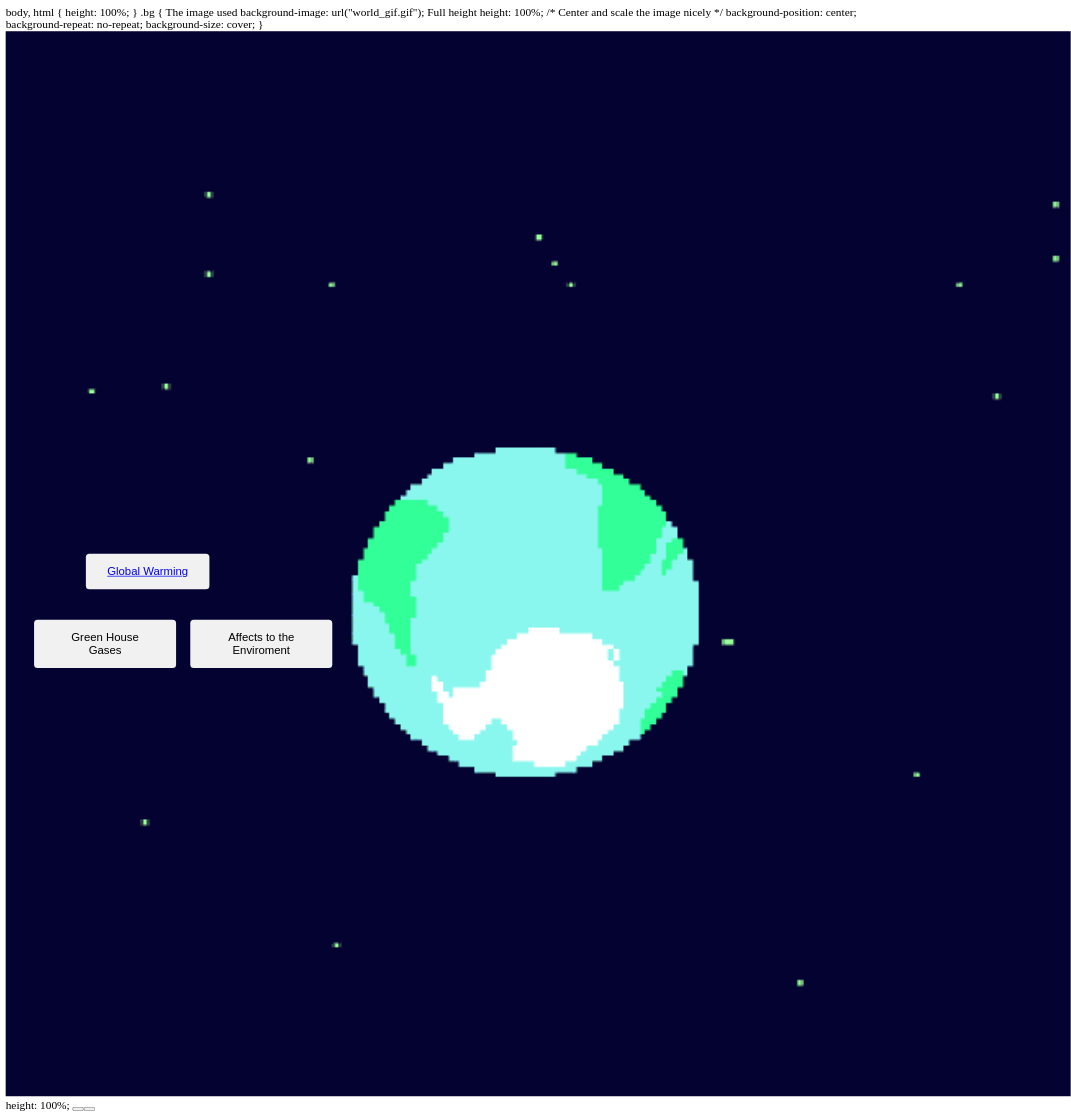
Repository: Alejandra-Pelayo/Alejandra-Pelayo.github.io
Page: 2.1.4/button_example.html
The author's editor kept a record of every edit. The page is drawn from the files as they stood at one moment, then again after the next edit.
The browser window is 1280 px wide. The page is 1508 px wide, so the pictures cover 1508 px, including what lies to the right of the window. The pictures show the whole page, at 71% of full size.

Above is the page before.

After the next edit:
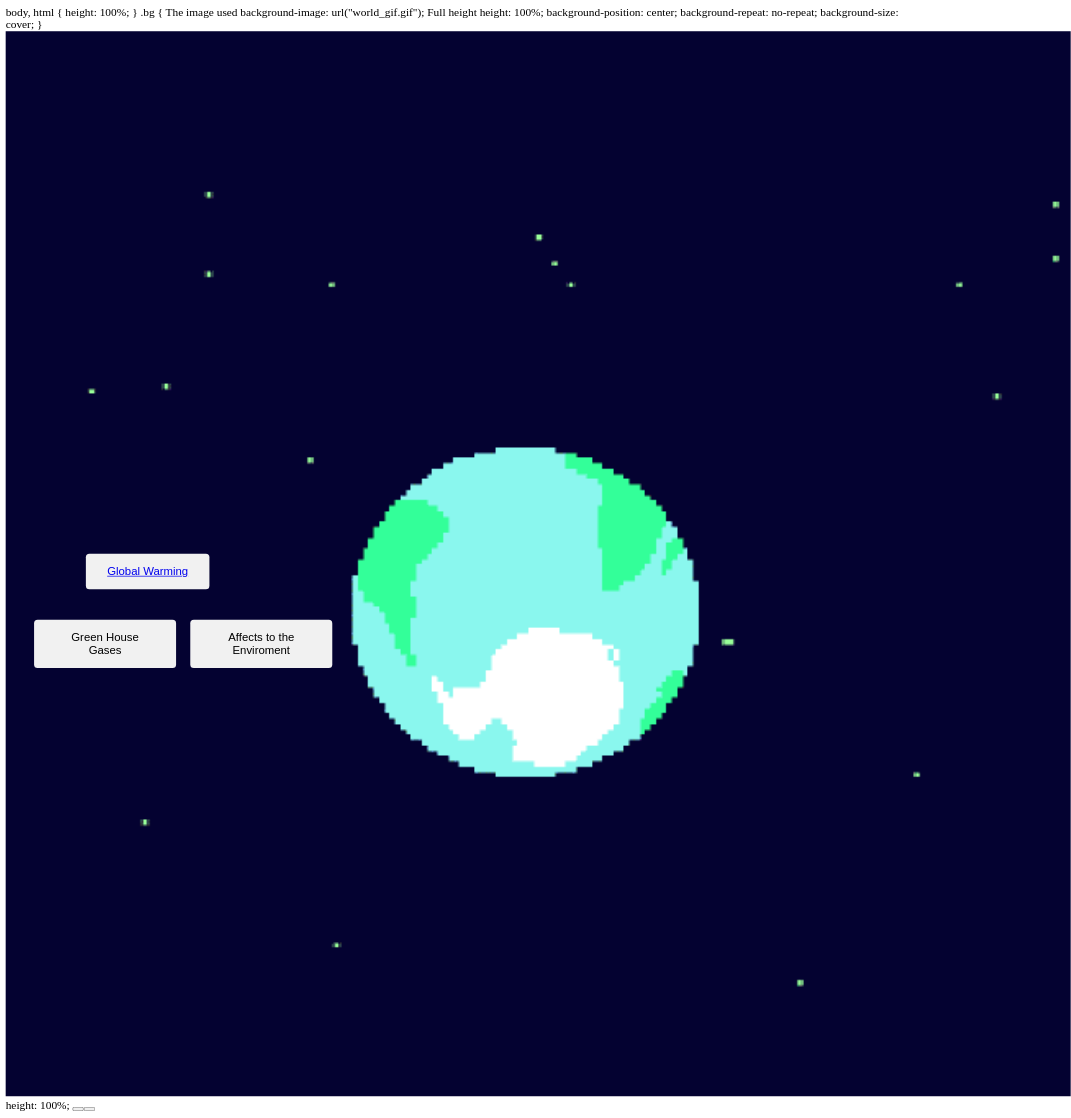
The edit:
--- a/2.1.4/button_example.html
+++ b/2.1.4/button_example.html
@@ -94,7 +94,7 @@
    Full height
   height: 100%;
 
-  /* Center and scale the image nicely */
+
   background-position: center;
   background-repeat: no-repeat;
   background-size: cover;
